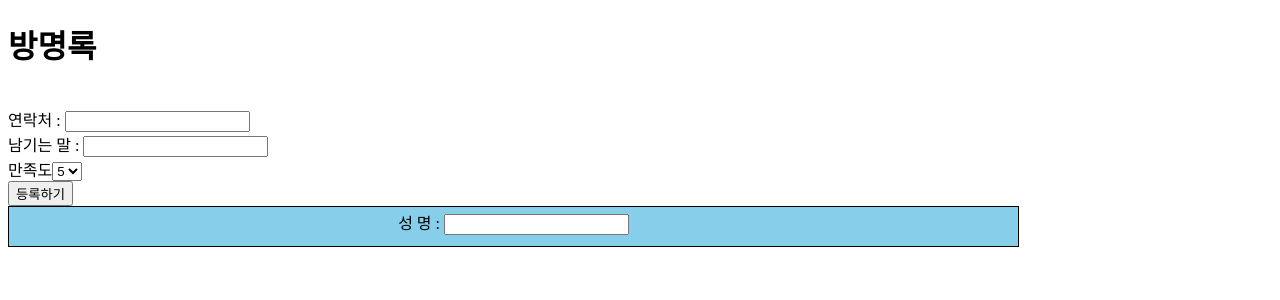
Repository: HyeongChank/P2VisitorCount
Page: http://localhost/P2VisitorCounter/Counter/Login.jsp
An editor plug-in stored every save of this project. The page is shown before and after the next save, followed by the edit.
The browser window is 1280 px wide. The pictures show the whole page.
The page is served by Tomcat 9. Other server files are loaded and not shown. The template is opened directly, without the code that normally fills it, so the values that code supplies are empty.

Above is the page before, as saved 2023-04-05 01:37:22.
Console error: SyntaxError: Unexpected end of input

### P2VisitorCounter/src/main/webapp/Counter/Login.jsp
<%@ page language="java" contentType="text/html; charset=UTF-8"
    pageEncoding="UTF-8"%>
<%@ taglib prefix = "c" uri = "http://java.sun.com/jsp/jstl/core" %>
<!DOCTYPE html>
<html>
<head>
<meta charset="UTF-8">
<style>

	table{
		border : solid 1px black;
		background-color : skyblue;
	}
	tr{
		text-align : center;
	}
</style>
<title>Insert title here</title>
</head>

<body>
 	<h1>방명록</h1>

		<form name = "login" method = "get" action = "../Counterj/visitor.do" enctype = "multipart/form-data">
		<table style = "width : 80%">
 			<tr>
 				<td>성 명 : <input type = "text" name = "name" onsubmit = "return validateForm(this);"/></td></tr><br>
			<tr>연락처 : <input type = "tel" name = "tel"/></tr><br>
			<tr>남기는 말 : <input type = "text" name = "ment"/></tr><br>
			<tr><label for= "score">만족도</label>
				<select name = "score-m" id = "score">
					<option value = "5">5</option>
					<option value = "5">4</option>
					<option value = "5">3</option>
					<option value = "5">2</option>
					<option value = "5">1</option>
				</select></tr><br>
			<tr><button type = "submit">등록하기</button></tr>
		</table>
	</form>

	<h2>${num }</h2>
<script>
function validateForm(form){
	if(!form.name.value){
		alert("이름을 입력하세요.");
		return false;
	}
	if(!form.tel.value){
		alert("연락처를 입력하세요.");
		return false;
	}

</script>


</body>
</html>

After the next save:
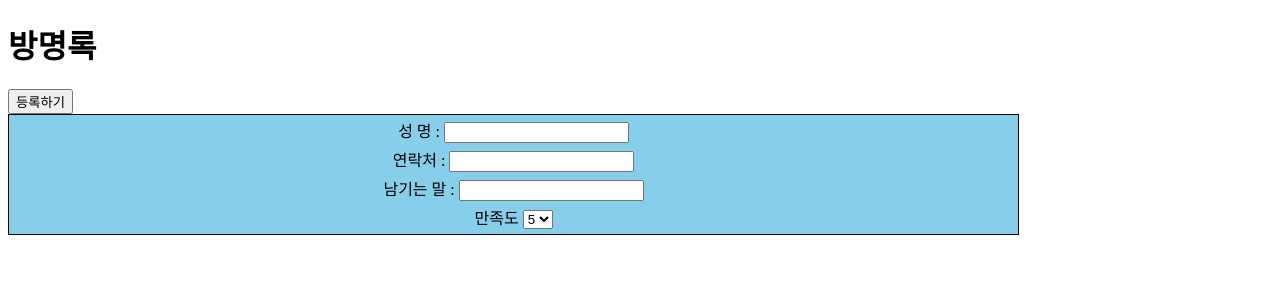
Saved 58 s later.
--- a/P2VisitorCounter/src/main/webapp/Counter/Login.jsp
+++ b/P2VisitorCounter/src/main/webapp/Counter/Login.jsp
@@ -24,17 +24,17 @@
 		<form name = "login" method = "get" action = "../Counterj/visitor.do" enctype = "multipart/form-data">
 		<table style = "width : 80%">
  			<tr>
- 				<td>성 명 : <input type = "text" name = "name" onsubmit = "return validateForm(this);"/></td></tr><br>
-			<tr>연락처 : <input type = "tel" name = "tel"/></tr><br>
-			<tr>남기는 말 : <input type = "text" name = "ment"/></tr><br>
-			<tr><label for= "score">만족도</label>
+ 				<td>성 명 : <input type = "text" name = "name" onsubmit = "return validateForm(this);"/></td></tr>
+			<tr><td>연락처 : <input type = "tel" name = "tel"/></td></tr>
+			<tr><td>남기는 말 : <input type = "text" name = "ment"/></td></tr>
+			<tr><td><label for= "score">만족도</label>
 				<select name = "score-m" id = "score">
 					<option value = "5">5</option>
 					<option value = "5">4</option>
 					<option value = "5">3</option>
 					<option value = "5">2</option>
 					<option value = "5">1</option>
-				</select></tr><br>
+				</select></td></tr>
 			<tr><button type = "submit">등록하기</button></tr>
 		</table>
 	</form>
